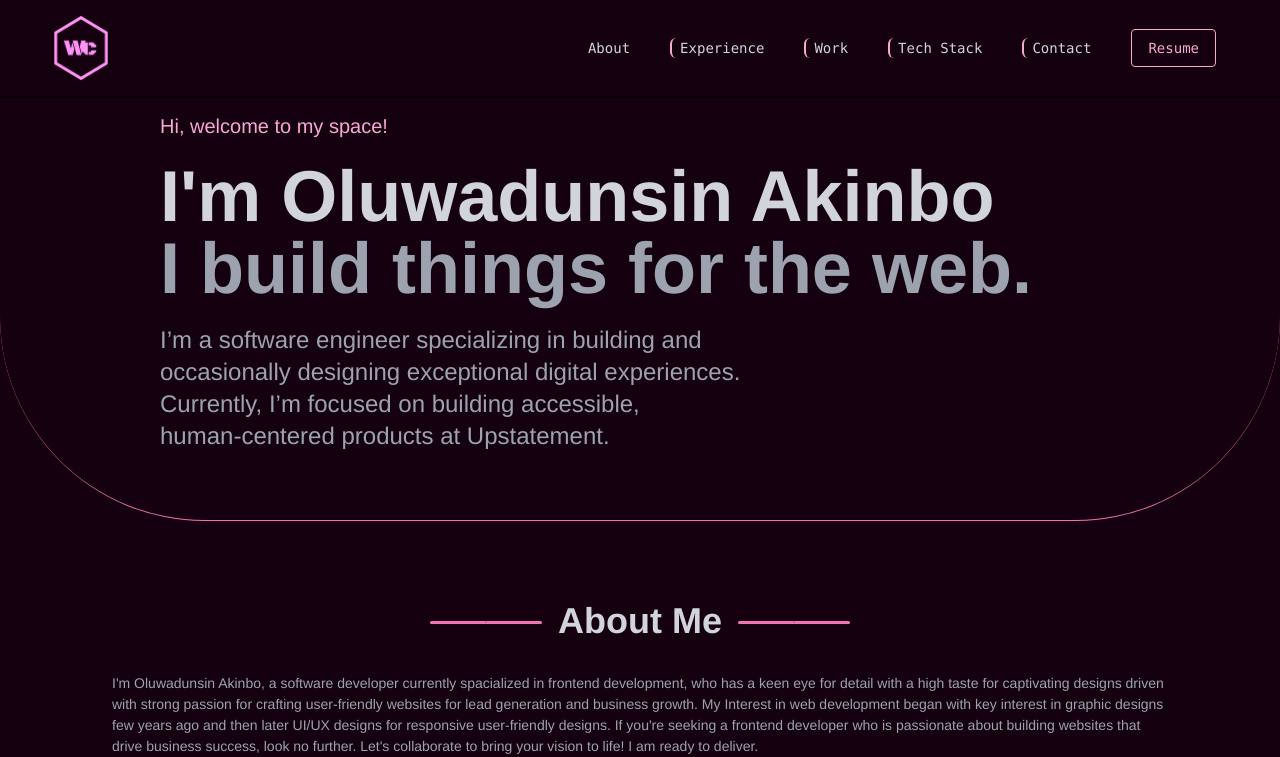
Repository: EmmyDunny1/myPortfolio
Page: / (app in MyPortfolio/)
These files come from the project's save history. The page is drawn as it stood at one moment and after the next save; the edit follows.
The browser window is 1280 px wide. The pictures show the whole page.
The project was rebuilt for these pictures with package versions that can differ from the ones it lists, and the page was loaded fresh each time. Also part of the build but not shown: MyPortfolio/vite.config.js.

Above is the page before, as saved 2025-01-14 11:05:33.

After the next save:
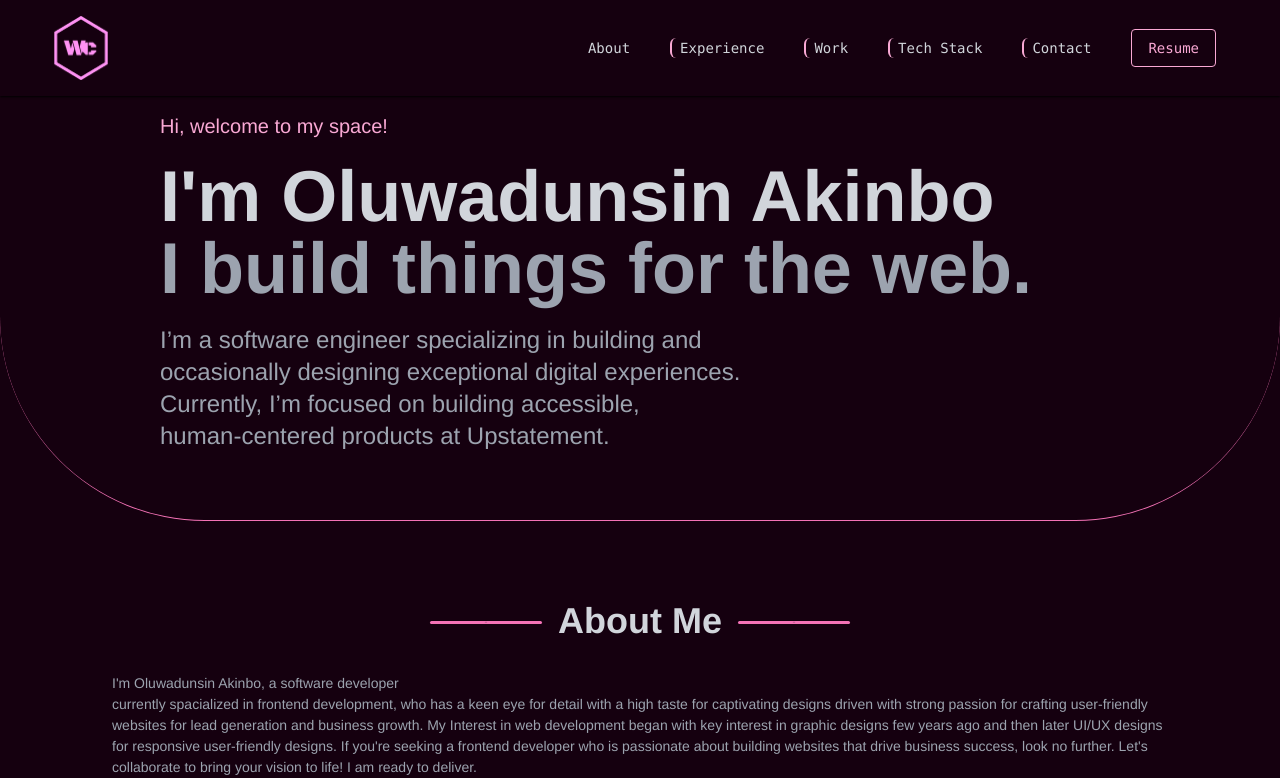
Saved 52 s later.
--- a/MyPortfolio/src/components/AboutMe.jsx
+++ b/MyPortfolio/src/components/AboutMe.jsx
@@ -12,7 +12,7 @@
       </div>
     <div className='flex'>
         <div>
-            <p className='text-gray-400'>I'm Oluwadunsin Akinbo, a software developer currently spacialized in frontend development, who has a keen eye for detail with a high taste for captivating designs driven with strong passion for crafting user-friendly websites for lead generation and business growth.
+            <p className='text-gray-400'>I'm Oluwadunsin Akinbo, a software developer <br />currently spacialized in frontend development, who has a keen eye for detail with a high taste for captivating designs driven with strong passion for crafting user-friendly websites for lead generation and business growth.
 
                My Interest in web development began with key interest in graphic designs few years ago and then later UI/UX designs for responsive user-friendly designs.
 

After the 2 saves that followed:
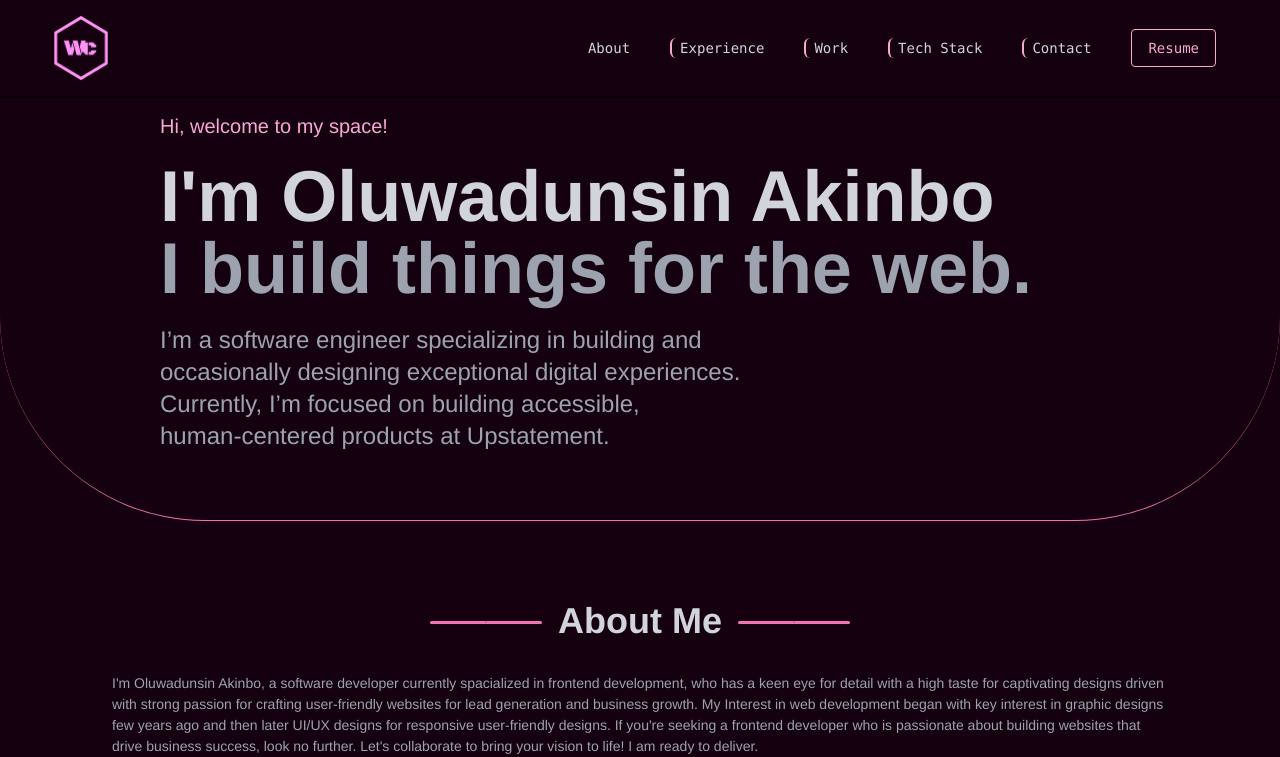
The 2 saves are shown as one change because they came seconds apart.
The last was saved 10 s later.
--- a/MyPortfolio/src/components/AboutMe.jsx
+++ b/MyPortfolio/src/components/AboutMe.jsx
@@ -12,7 +12,7 @@
       </div>
     <div className='flex'>
         <div>
-            <p className='text-gray-400'>I'm Oluwadunsin Akinbo, a software developer <br />currently spacialized in frontend development, who has a keen eye for detail with a high taste for captivating designs driven with strong passion for crafting user-friendly websites for lead generation and business growth.
+            <p className='text-gray-400'>I'm Oluwadunsin Akinbo, a software developer currently spacialized in frontend development, who has a keen eye for detail with a high taste for captivating designs driven with strong passion for crafting user-friendly websites for lead generation and business growth.
 
                My Interest in web development began with key interest in graphic designs few years ago and then later UI/UX designs for responsive user-friendly designs.
 
